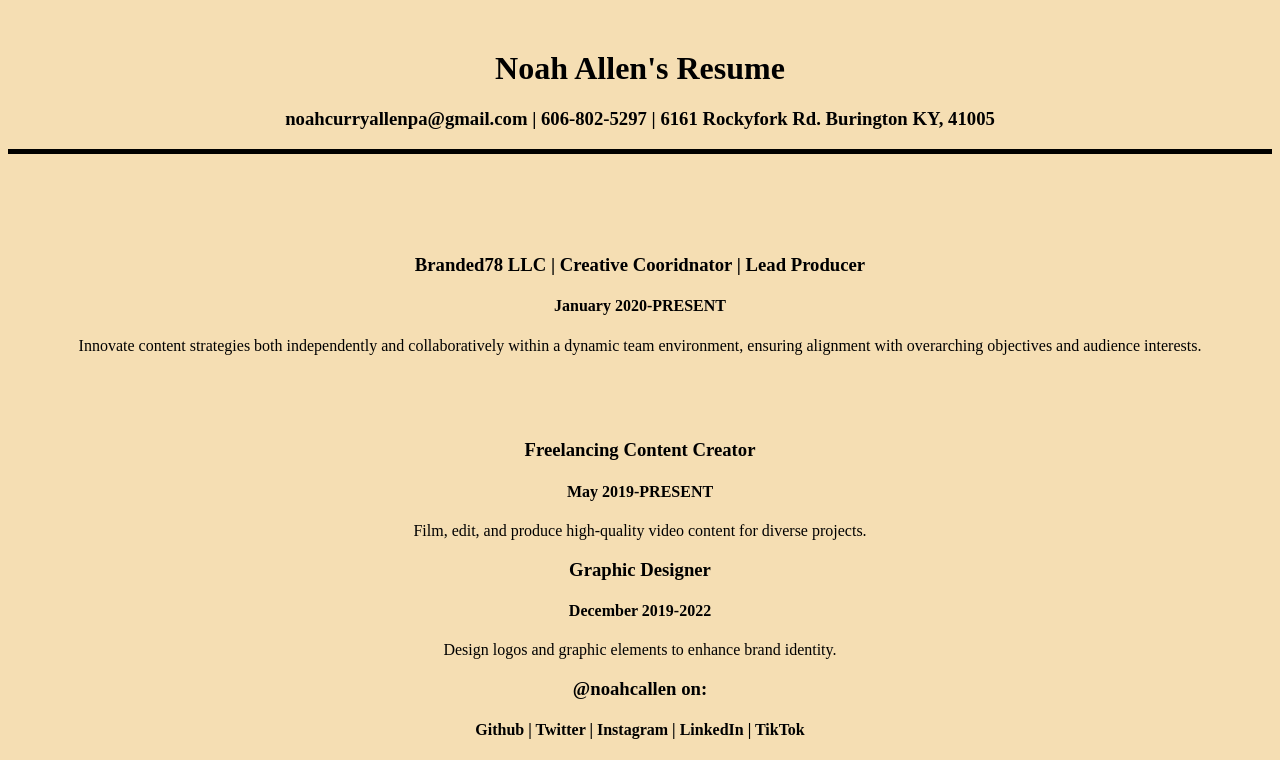
Repository: noahcallen/LAB-HTML-Resume
Page: index.html
An editor plug-in stored every save of this project. The page is shown before and after the next save, followed by the edit.
The browser window is 1280 px wide. The pictures show the whole page.

Above is the page before, as saved 2024-07-08 21:48:02.

After the next save:
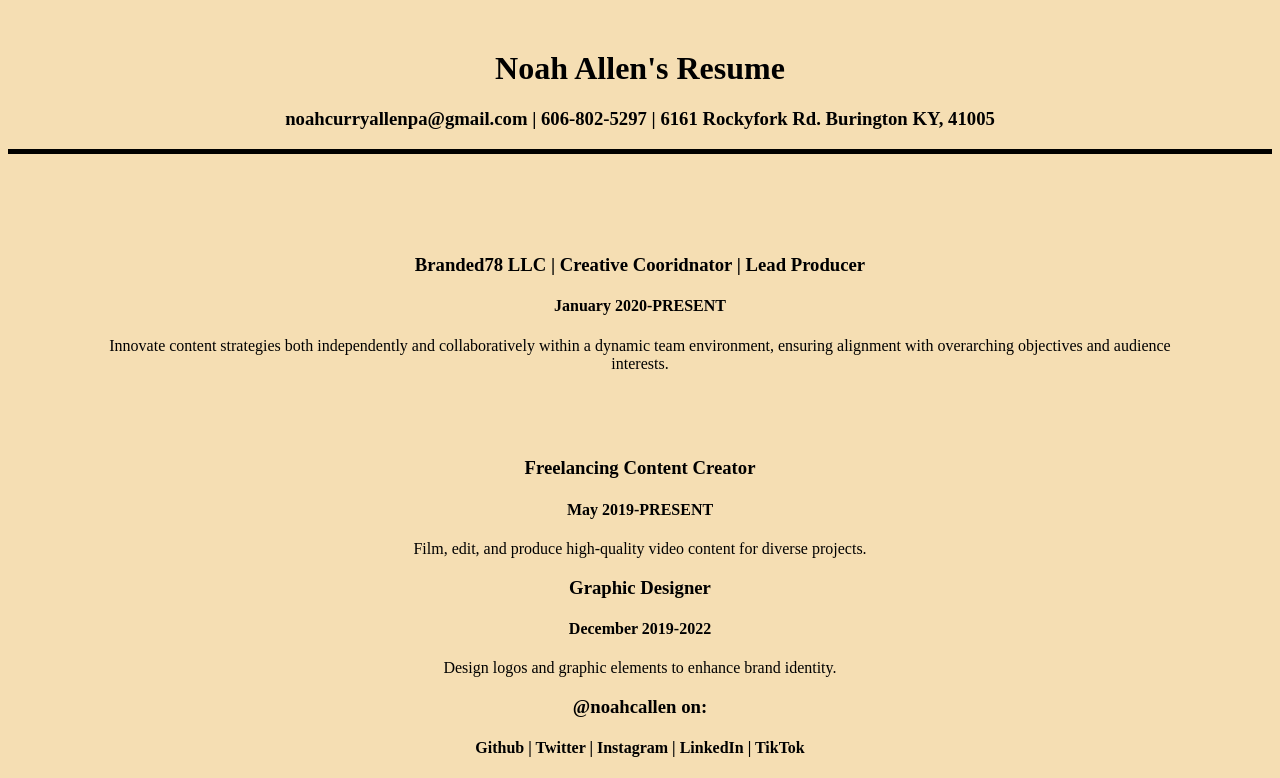
Saved 9 s later.
--- a/main.css
+++ b/main.css
@@ -9,5 +9,5 @@
 }
 
 #Job1 {
-  padding: 0px 50px 50px 50px;
+  padding: 0px 100px 50px 100px;
 }
